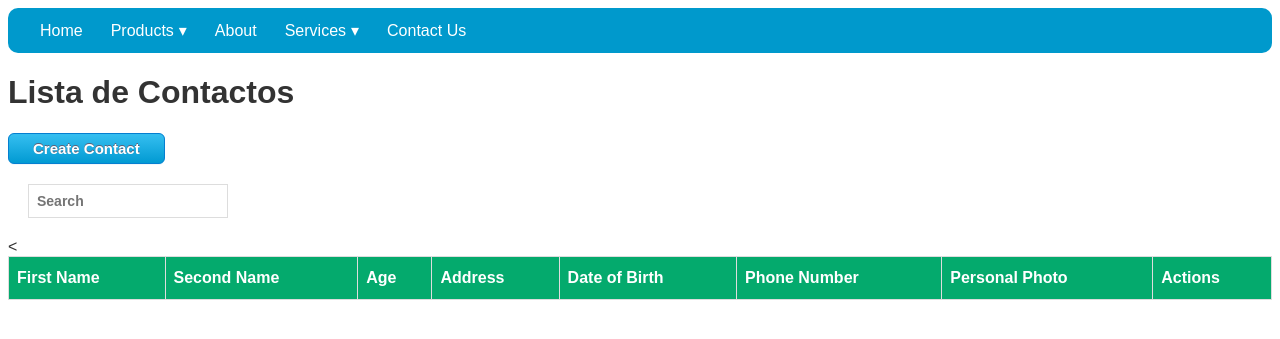
Repository: fgala1619/frontSistGestionBank
Page: index.html
These files come from the project's save history. The page is drawn as it stood at one moment and after the next save; the edit follows.
The browser window is 1280 px wide. The pictures show the whole page.
The page's requests for data from a server got no answer.

Above is the page before, as saved 2023-07-27 21:00:36.

### index.html
<link rel="stylesheet" href="style.css" />
<link rel="stylesheet" href="menu.css" />
<script src="script.js"></script>

<nav id='menu'>
  <input type='checkbox' id='responsive-menu' onclick='updatemenu()'><label></label>
  <ul>
    <li><a href='http://'>Home</a></li>
    <li><a class='dropdown-arrow' href='http://'>Products</a>
      <ul class='sub-menus'>
        <li><a href='http://'>Products 1</a></li>
        <li><a href='http://'>Products 2</a></li>
        <li><a href='http://'>Products 3</a></li>
        <li><a href='http://'>Products 4</a></li>
      </ul>
    </li>
    <li><a href='http://'>About</a></li>
    <li><a class='dropdown-arrow' href='http://'>Services</a>
      <ul class='sub-menus'>
        <li><a href='http://'>Services 1</a></li>
        <li><a href='http://'>Services 2</a></li>
        <li><a href='http://'>Services 3</a></li>
      </ul>
    </li>
    <li><a href='http://'>Contact Us</a></li>
  </ul>
</nav>




<h1>Lista de Contactos</h1>

<a onclick="agregar()" href="#" class="myButton">Create Contact</a><br/>

<div class="modal-body">
      <input id="txtBuscar" type="text" placeholder="Search" size="30" /><br/>
</div>
   <


<table id="customers">
  <thead>
    <tr>
        <th>First Name</th>
        <th>Second Name</th>
        <th>Age</th>
        <th>Address</th>
        <th>Date of Birth</th>
        <th>Phone Number</th>
        <th>Personal Photo</th>
        <th>Actions</th>
    </tr>
  </thead>

  <tbody>

  </tbody>

</table>


<!-- Modal -->
<div id="modal" class="modale" aria-hidden="true">
  <div class="modal-dialog">
    <div class="modal-header">
      <h2>Contact Information</h2>

      <a onclick="cerrarModal()" href="#" class="btn-close closemodale" aria-hidden="true">&times;</a>
    </div>
    <div class="modal-body">
      <input id="txtId" type="hidden" placeholder="Id" size="20" /><br/>
      <input id="txtFirstName" type="text" placeholder="First Name" size="20" /><br/>
      <input id="txtSecondName" type="text" placeholder="Second Name" size="20" /><br/>
      <input id="txtAge" type="text" placeholder="Age" size="20" /><br/>
      <input id="txtAddress" type="text" placeholder="Address" size="20" /><br/>
      <input id="txtDateBirth" type="text" placeholder="Date of Birth" size="20" /><br/>
      <input id="txtPhoneNumber" type="text" placeholder="Phone Number" size="20" /><br/>
      <input id="txtFoto" type="text" placeholder="Personal Photo" size="20" /><br/>
    </div>
    <div class="modal-footer">


      <a href="#" onclick="save()" class="btn" id="btn_ingresar">Insert</a>
    </div>
  </div>
</div>
<!-- /Modal -->

### style.css
#customers {
        font-family: Arial, Helvetica, sans-serif;
        border-collapse: collapse;
        width: 100%;
    }

    #customers td, #customers th {
        border: 1px solid #ddd;
        padding: 8px;
    }

    #customers tr:nth-child(even){background-color: #f2f2f2;}
    #customers tr:hover{background-color:#ddd;}

    #customers th{
        padding-top: 12px;
        padding-bottom: 12px;
        text-align: left;
        background-color: #04AA6D;
        color: white;
    }

    .myButton{
        box-shadow: 0px 1px 0px 0px #f0f7fa;
        background: linear-gradient(to bottom, #33bdef 5%, #019ad2 100%);
        background-color:#33bdef;
        border-radius: 6px;
        border: 1px solid #057fd0;
        display: inline-block;
        cursor: pointer;
        color: #ffffff;
        font-family: Arial;
        font-size: 15px;
        font-weight: bold;
        padding: 6px 24px;
        text-decoration: none;
        text-shadow: 0px -1px 0px #5b6178;
    }
    .myButton:hover{
        background: linear-gradient(to bottom, #019ad2 5%, #33bdef 100%);
        background-color:#019ad2;
    }
    .myButton:active{
        position: relative;
        top: 1px;
    }

    .btnDelete{
        box-shadow: 0px 1px 0px 0px #f0f7fa;
        background: linear-gradient(to bottom, #ed3434 5%, #d10202 100%);
        background-color:#ed3434;
        border-radius: 6px;
        border: 1px solid #cf0606;
        display: inline-block;
        cursor: pointer;
        color: #ffffff;
        font-family: Arial;
        font-size: 15px;
        font-weight: bold;
        padding: 6px 24px;
        text-decoration: none;
        text-shadow: 0px -1px 0px #5b6178;
    }
    .btnDelete:hover{
        background: linear-gradient(to bottom, #d10202 5%, #ed3434 100%);
        background-color:#d10202;
    }
    .btnDelete:active{
        position: relative;
        top: 1px;
    }






    body{
  font-family:sans-serif;
  color:#333;
}

.btn {
  background: #428bca;
  border: #357ebd solid 0px;
  border-radius: 3px;
  color: #fff;
  display: inline-block;
  font-size: 14px;
  padding: 8px 15px;
  text-decoration: none;
  text-align: center;
  min-width: 60px;
  position: relative;
  transition: color .1s ease;
}
.btn:hover {
  background: #357ebd;
}
.btn.btn-big {
  font-size: 18px;
  padding: 15px 20px;
  min-width: 100px;
}
.btn-close {
  color: #aaaaaa;
  font-size: 20px;
  text-decoration: none;
  padding:10px;
  position: absolute;
  right: 7px;
  top: 0;
}
.btn-close:hover {
  color: #919191;
}
.modale:before {
  content: "";
  display: none;
  background: rgba(0, 0, 0, 0.6);
  position: fixed;
  top: 0;
  left: 0;
  right: 0;
  bottom: 0;
  z-index: 10;
}
.opened:before {
  display: block;
}
.opened .modal-dialog {
  -webkit-transform: translate(0, 0);
  -ms-transform: translate(0, 0);
  transform: translate(0, 0);
  top: 20%;
}
.modal-dialog {
  background: #fefefe;
  border: #333333 solid 0px;
  border-radius: 5px;
  margin-left: -200px;
  text-align:center;
  position: fixed;
  left: 50%;
  top: -100%;
  z-index: 11;
  width: 360px;
  box-shadow:0 5px 10px rgba(0,0,0,0.3);
  -webkit-transform: translate(0, -500%);
  -ms-transform: translate(0, -500%);
  transform: translate(0, -500%);
  -webkit-transition: -webkit-transform 0.3s ease-out;
  -moz-transition: -moz-transform 0.3s ease-out;
  -o-transition: -o-transform 0.3s ease-out;
  transition: transform 0.3s ease-out;
}
.modal-body {
  padding: 20px;
}
.modal-body input{
  width:200px;
  padding:8px;
  border:1px solid #ddd;
  color:#888;
  outline:0;
  font-size:14px;
  font-weight:bold
}
.modal-header,
.modal-footer {
  padding: 10px 20px;
}
.modal-header {
  border-bottom: #eeeeee solid 1px;
}
.modal-header h2 {
  font-size: 20px;
}

### menu.css
#menu {
	background: #0099CC;
	color: #FFF;
	height: 45px;
	padding-left: 18px;
	border-radius: 10px;
}
#menu ul, #menu li {
	margin: 0 auto;
	padding: 0;
	list-style: none
}
#menu ul {
	width: 100%;
}
#menu li {
	float: left;
	display: inline;
	position: relative;
}
#menu a {
	display: block;
	line-height: 45px;
	padding: 0 14px;
	text-decoration: none;
	color: #FFFFFF;
	font-size: 16px;
}
#menu a.dropdown-arrow:after {
	content: "\25BE";
	margin-left: 5px;
}
#menu li a:hover {
	color: #0099CC;
	background: #F2F2F2;
}
#menu input {
	display: none;
	margin: 0;
	padding: 0;
	height: 45px;
	width: 100%;
	opacity: 0;
	cursor: pointer
}
#menu label {
	display: none;
	line-height: 45px;
	text-align: center;
	position: absolute;
	left: 35px
}
#menu label:before {
	font-size: 1.6em;
	content: "\2261";
	margin-left: 20px;
}
#menu ul.sub-menus{
	height: auto;
	overflow: hidden;
	width: 170px;
	background: #444444;
	position: absolute;
	z-index: 99;
	display: none;
}
#menu ul.sub-menus li {
	display: block;
	width: 100%;
}
#menu ul.sub-menus a {
	color: #FFFFFF;
	font-size: 16px;
}
#menu li:hover ul.sub-menus {
	display: block
}
#menu ul.sub-menus a:hover{
	background: #F2F2F2;
	color: #444444;
}
@media screen and (max-width: 800px){
	#menu {position:relative}
	#menu ul {background:#111;position:absolute;top:100%;right:0;left:0;z-index:3;height:auto;display:none}
	#menu ul.sub-menus {width:100%;position:static;}
	#menu ul.sub-menus a {padding-left:30px;}
	#menu li {display:block;float:none;width:auto;}
	#menu input, #menu label {position:absolute;top:0;left:0;display:block}
	#menu input {z-index:4}
	#menu input:checked + label {color:white}
	#menu input:checked + label:before {content:"\00d7"}
	#menu input:checked ~ ul {display:block}
}

### script.js
document.addEventListener("DOMContentLoaded", init);

const URL_API = 'https://localhost:7286/api/'

var contactos = []

function init()
{
   search()
}

async function search()
{
    var url = URL_API + 'DatosContacto'

    var response = await fetch(url, {

        "method": "GET",
        "headers": {
            "Content-Type": 'application/json'
        }
    })

    contactos = await response.json();

    var html = ''

    for (contacto of contactos)
    {
         var row = `<tr>
            <td>${contacto.firstName}</td>
            <td>${contacto.secondName}</td>
            <td>${contacto.age}</td>
            <td>${contacto.address}</td>
            <td>${contacto.dateOfBirth}</td>
            <td>${contacto.phoneNumber}</td>
            <td>${contacto.urlFoto}</td>
            <td>
            <a href="#" onclick="edit(${contacto.id})" class="myButton">Edit</a>
            <a href="#" onclick="remove(${contacto.id})" class="btnDelete">Delete</a>
            </td>
            </tr>`

          html = html + row
    }

     document.querySelector('#customers > tbody').outerHTML = html
}

async function remove(id)
{
   respuesta = confirm('¿Esta seguro que desea eliminarlo?')

   if (respuesta)
   {
       var url = URL_API + 'DatosContacto/' + id
       var response = await fetch(url, {
        "method": "DELETE",
        "headers": {
            "Content-Type": 'application/json'
        }
       })
       window.location.reload()
   }
}

async function save()
{
    var data ={

        "firstName": document.getElementById('txtFirstName').value,
        "secondName": document.getElementById('txtSecondName').value,
        "age": document.getElementById('txtAge').value,
        "address": document.getElementById('txtAddress').value,
        "dateOfBirth": document.getElementById('txtDateBirth').value,
        "phoneNumber": document.getElementById('txtPhoneNumber').value,
        "urlFoto": document.getElementById('txtFoto').value,
    }

    //var Id = document.getElementById('txtId').value

    //if (Id =! '')
    //{
       //data.id = Id
    //}

    var url = URL_API + 'DatosContacto'
    await fetch(url, {
    "method": 'POST',
    "body": JSON.stringify(data),
    "headers": {
        "Content-Type": 'application/json'
    }
    })

    window.location.reload()

}

 function abrirFormulario(){
    htmlModal = document.getElementById("modal");
    htmlModal.setAttribute("class", "modale opened");
}

function cerrarModal(){
    htmlModal = document.getElementById("modal");
    htmlModal.setAttribute("class", "modale");
}

async function edit(id)
{
   abrirFormulario()

   var result =  contactos.find(x => x.id == id)
  debugger;
    document.getElementById('txtId').value = result.id
    document.getElementById('txtFirstName').value = result.firstName
    document.getElementById('txtSecondName').value = result.secondName
    document.getElementById('txtAge').value = result.age
    document.getElementById('txtAddress').value = result.address
    document.getElementById('txtDateBirth').value = result.dateOfBirth
    document.getElementById('txtPhoneNumber').value = result.phoneNumber
    document.getElementById('txtFoto').value = result.urlFoto

}

function clean()
{
    document.getElementById('txtId').value = ''
    document.getElementById('txtFirstName').value = ''
    document.getElementById('txtSecondName').value = ''
    document.getElementById('txtAge').value = ''
    document.getElementById('txtAddress').value = ''
    document.getElementById('txtDateBirth').value = ''
    document.getElementById('txtPhoneNumber').value = ''
    document.getElementById('txtFoto').value = ''
}

function agregar()
{
    clean()
    abrirFormulario()
}

After the next save:
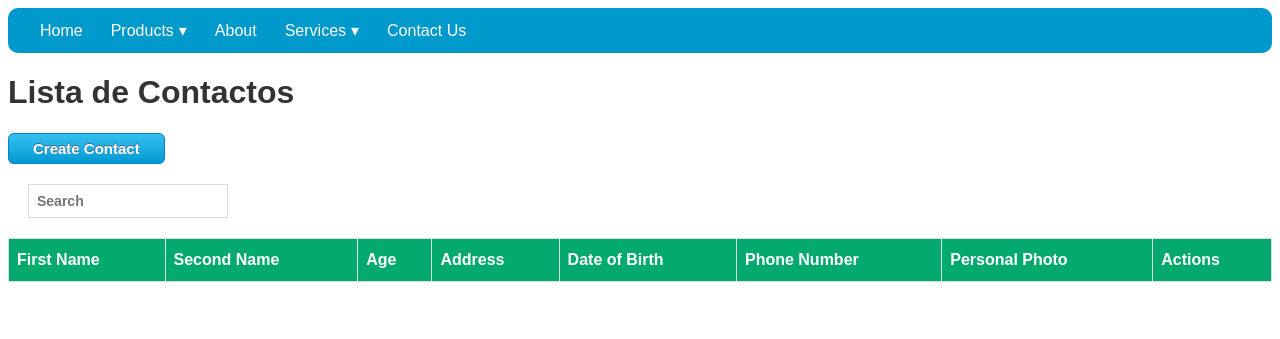
Saved 21 s later.
--- a/index.html
+++ b/index.html
@@ -36,8 +36,6 @@
 <div class="modal-body">
       <input id="txtBuscar" type="text" placeholder="Search" size="30" /><br/>
 </div>
-   <
-
 
 <table id="customers">
   <thead>
